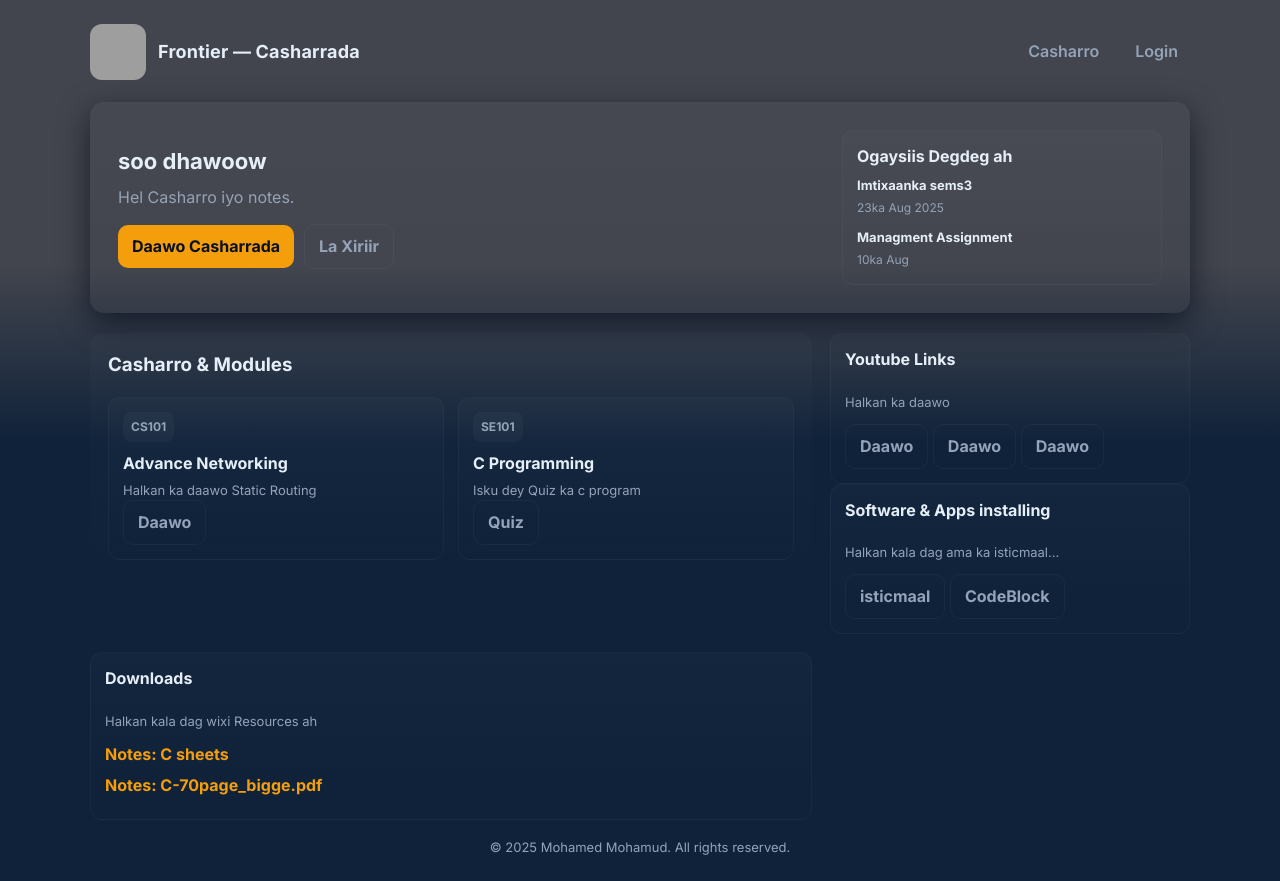
Repository: mrfiiqane/Al-Tacaawun.com
Page: index.html
An editor plug-in stored every save of this project. The page is shown before and after the next save, followed by the edit.
The browser window is 1280 px wide. The pictures show the whole page.
Pictures or frames that could not be fetched are drawn as grey boxes.

Above is the page before, as saved 2025-08-12 08:51:24.

After the next save:
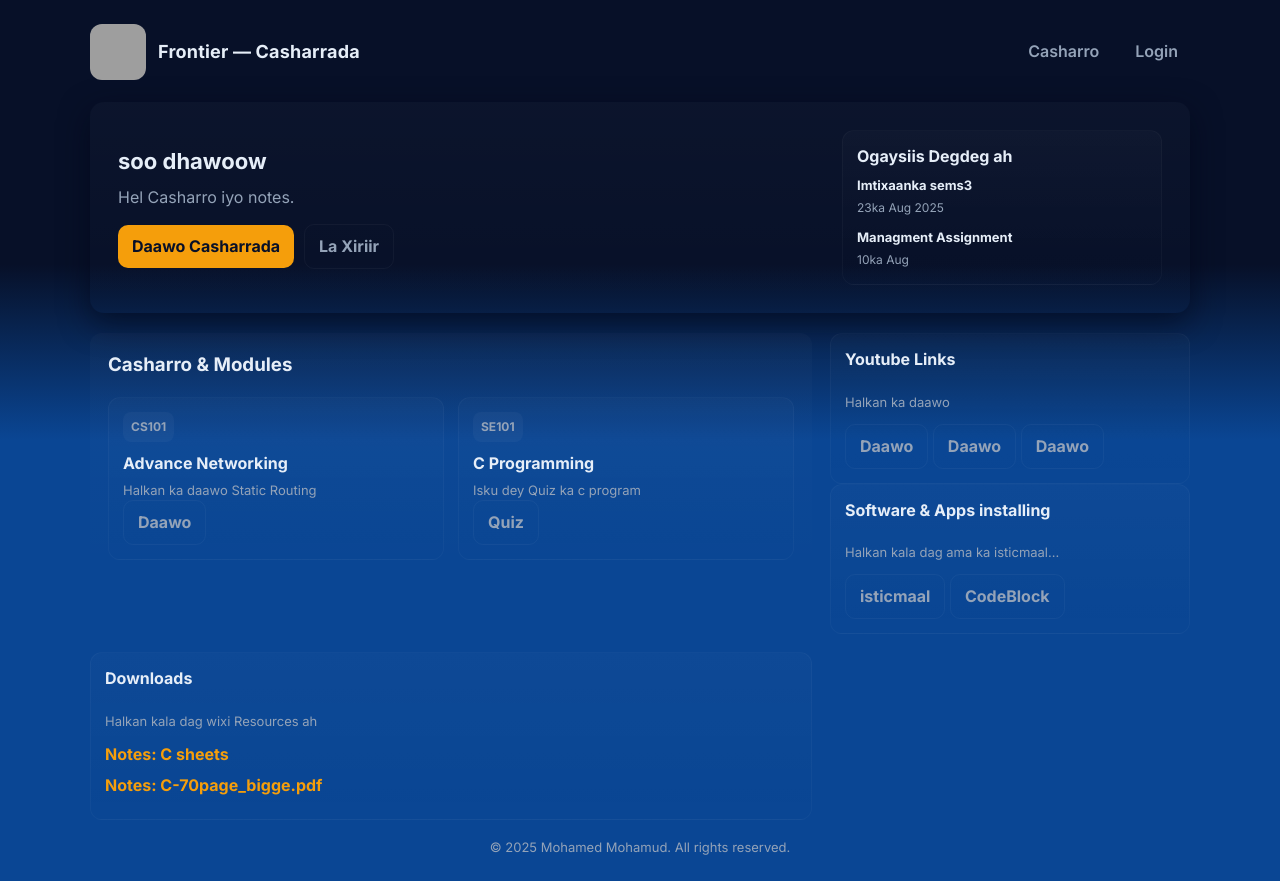
Saved 27 s later.
--- a/style.css
+++ b/style.css
@@ -15,7 +15,7 @@
     }
     body{
       margin:0;
-      background: linear-gradient(180deg,#42454d 30%, #10223a 50%);
+      background: linear-gradient(180deg,#071028 30%, #0a4694 50%);
       color:#e6eef8;
       -webkit-font-smoothing:antialiased;
       -moz-osx-font-smoothing:grayscale;
